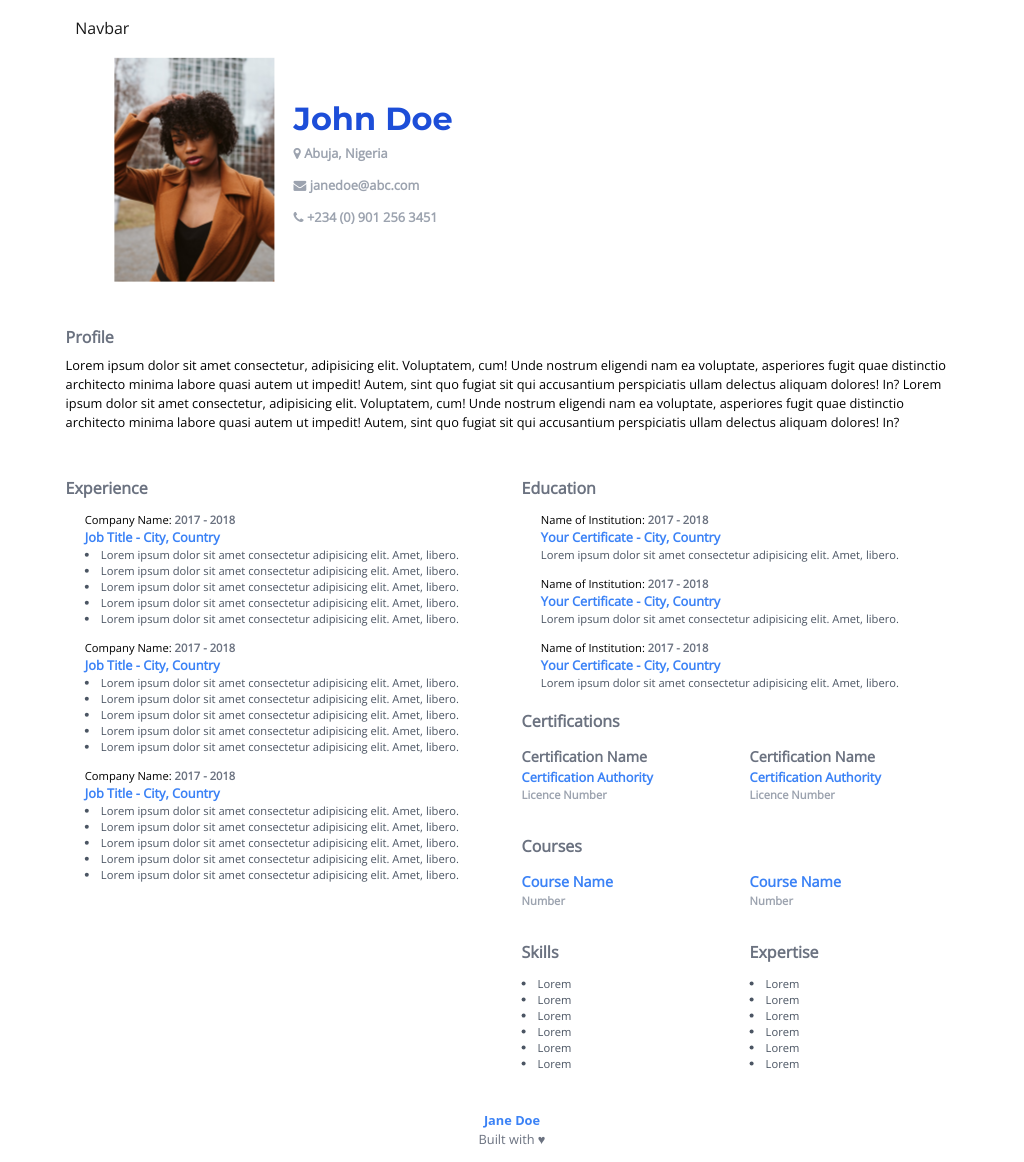
Repository: latenightsnacc/giggles
Page: HTML/CV.html
The author's editor kept a copy of each file at every save. The page is drawn from the files as they stood at one save, then again after the next save.
The browser window is 1280 px wide. The pictures show the whole page, at 80% of full size.
Some web libraries are served in a nearby version.

Above is the page before, as saved 2021-01-05 14:58:56.

### HTML/CV.html
<!DOCTYPE html>
<html lang="en">
<head>
    <meta charset="UTF-8">
    <meta name="viewport" content="width=device-width, initial-scale=1.0">
    <link href="https://cdnjs.cloudflare.com/ajax/libs/tailwindcss/2.0.2/tailwind.min.css" rel="stylesheet">
    <link rel="stylesheet" href="https://stackpath.bootstrapcdn.com/font-awesome/4.7.0/css/font-awesome.min.css" />
    <link href="https://cdn.jsdelivr.net/npm/bootstrap@5.0.0-beta1/dist/css/bootstrap.min.css" rel="stylesheet" integrity="sha384-giJF6kkoqNQ00vy+HMDP7azOuL0xtbfIcaT9wjKHr8RbDVddVHyTfAAsrekwKmP1" crossorigin="anonymous">
    <link rel="stylesheet" href="stylesheet.css">
    <title>CV Page</title>
</head>
<body class="overflow-x-hidden">
    <!--Navigation-->
    <header class="container">
        <nav class="navbar navbar-expand-lg navbar-light bg-white py-3">
            <div class="container-fluid">
              <a class="navbar-brand" href="search.html">Navbar</a>
              <button class="navbar-toggler" type="button" data-bs-toggle="collapse" data-bs-target="#navbarNavDropdown" aria-controls="navbarNavDropdown" aria-expanded="false" aria-label="Toggle navigation">
                <span class="navbar-toggler-icon"></span>
              </button>
              <div class="collapse navbar-collapse" id="navbarNavDropdown">

              </div>
            </div>
        </nav>
    </header>
    <main>
        <!--Basic Profile-->
        <div class="container">
            <div class="row flex items-center">
                <div class="col-xs-12 col-sm-12 col-md-3 col-lg-3 col-xl-3">
                    <div>
                        <img class="float-right" src="assets/userDp.jpg" style="width:200px" alt="profile picture">
                    </div>
                </div>
                <div class="col-xs-12 col-sm-12 col-md-9 col-lg-9 col-xl-9">
                    <div>
                        <h1 class="font-bold text-blue-700">John Doe</h1>
                        <p class="font-semibold text-gray-400">
                            <i class="fa fa-map-marker"></i>
                            Abuja, Nigeria
                        </p>
                        <p class="font-semibold text-gray-400">
                            <i class="fa fa-envelope"></i>
                            janedoe@abc.com
                        </p>
                        <p class="font-semibold text-gray-400">
                            <i class="fa fa-phone"></i>
                            +234 (0) 901 256 3451
                        </p>
                    </div>
                </div>
            </div>
        </div>

        <div class="container my-5">
            <div class="text-gray-500 font-semibold text-xl py-2">Profile</div>
            <p class="text-md text-black">Lorem ipsum dolor sit amet consectetur, adipisicing elit. Voluptatem, cum! Unde nostrum eligendi nam ea voluptate, asperiores fugit quae distinctio architecto minima labore quasi autem ut impedit! Autem, sint quo fugiat sit qui accusantium perspiciatis ullam delectus aliquam dolores! In? Lorem ipsum dolor sit amet consectetur, adipisicing elit. Voluptatem, cum! Unde nostrum eligendi nam ea voluptate, asperiores fugit quae distinctio architecto minima labore quasi autem ut impedit! Autem, sint quo fugiat sit qui accusantium perspiciatis ullam delectus aliquam dolores! In?</p>
        </div>

        <div class="container my-5">
            <div class="row">
                <div class="col-xs-12 col-sm-12 col-md-12 col-lg-6 col-xl-6">
                    <div class="text-gray-500 font-semibold text-xl py-2">Experience</div>
                    <div class="container-sm my-2">
                        <div class="text-black text-sm">Company Name: <span class="text-gray-500 font-semibold">2017 - 2018</span></div>
                        <div class="font-bold text-md text-blue-500">Job Title - City, Country</div>
                        <li class="text-sm text-gray-600">Lorem ipsum dolor sit amet consectetur adipisicing elit. Amet, libero.</li>
                        <li class="text-sm text-gray-600">Lorem ipsum dolor sit amet consectetur adipisicing elit. Amet, libero.</li>
                        <li class="text-sm text-gray-600">Lorem ipsum dolor sit amet consectetur adipisicing elit. Amet, libero.</li>
                        <li class="text-sm text-gray-600">Lorem ipsum dolor sit amet consectetur adipisicing elit. Amet, libero.</li>
                        <li class="text-sm text-gray-600">Lorem ipsum dolor sit amet consectetur adipisicing elit. Amet, libero.</li>
                    </div>
                    <div class="container-sm my-3">
                        <div class="text-black text-sm">Company Name: <span class="text-gray-500 font-semibold">2017 - 2018</span></div>
                        <div class="font-bold text-md text-blue-500">Job Title - City, Country</div>
                        <li class="text-sm text-gray-600">Lorem ipsum dolor sit amet consectetur adipisicing elit. Amet, libero.</li>
                        <li class="text-sm text-gray-600">Lorem ipsum dolor sit amet consectetur adipisicing elit. Amet, libero.</li>
                        <li class="text-sm text-gray-600">Lorem ipsum dolor sit amet consectetur adipisicing elit. Amet, libero.</li>
                        <li class="text-sm text-gray-600">Lorem ipsum dolor sit amet consectetur adipisicing elit. Amet, libero.</li>
                        <li class="text-sm text-gray-600">Lorem ipsum dolor sit amet consectetur adipisicing elit. Amet, libero.</li>
                    </div>
                    <div class="container-sm my-3">
                        <div class="text-black text-sm">Company Name: <span class="text-gray-500 font-semibold">2017 - 2018</span></div>
                        <div class="font-bold text-md text-blue-500">Job Title - City, Country</div>
                        <li class="text-sm text-gray-600">Lorem ipsum dolor sit amet consectetur adipisicing elit. Amet, libero.</li>
                        <li class="text-sm text-gray-600">Lorem ipsum dolor sit amet consectetur adipisicing elit. Amet, libero.</li>
                        <li class="text-sm text-gray-600">Lorem ipsum dolor sit amet consectetur adipisicing elit. Amet, libero.</li>
                        <li class="text-sm text-gray-600">Lorem ipsum dolor sit amet consectetur adipisicing elit. Amet, libero.</li>
                        <li class="text-sm text-gray-600">Lorem ipsum dolor sit amet consectetur adipisicing elit. Amet, libero.</li>
                    </div>
                </div>
                <div class="col-xs-12 col-sm-12 col-md-12 col-lg-6 col-xl-6">
                    <div class="text-gray-500 font-semibold text-xl py-2">Education</div>
                    <div class="container-sm my-2">
                        <div class="text-black text-sm">Name of Institution: <span class="text-gray-500 font-semibold"> 2017 - 2018</span></div>
                        <div class="font-bold text-md text-blue-500">Your Certificate - City, Country</div>
                        <p class="text-sm text-gray-600">Lorem ipsum dolor sit amet consectetur adipisicing elit. Amet, libero.</p>
                    </div>
                    <div class="container-sm my-2">
                        <div class="text-black text-sm">Name of Institution: <span class="text-gray-500 font-semibold"> 2017 - 2018</span></div>
                        <div class="font-bold text-md text-blue-500">Your Certificate - City, Country</div>
                        <p class="text-sm text-gray-600">Lorem ipsum dolor sit amet consectetur adipisicing elit. Amet, libero.</p>
                    </div>
                    <div class="container-sm my-2">
                        <div class="text-black text-sm">Name of Institution: <span class="text-gray-500 font-semibold"> 2017 - 2018</span></div>
                        <div class="font-bold text-md text-blue-500">Your Certificate - City, Country</div>
                        <p class="text-sm text-gray-600">Lorem ipsum dolor sit amet consectetur adipisicing elit. Amet, libero.</p>
                    </div>
                    <div class="text-gray-500 font-semibold text-xl py-2 mt-3 mb-2">Certifications</div>
                    <div class="row">
                        <div class="col-xs-6 col-sm-6 col-md-6 col-lg-6 col-xl-6">
                            <div class="text-gray-500 font-semibold text-lg">Certification Name</div>
                            <div class="font-bold text-md text-blue-500">Certification Authority</div>
                            <p class="font-semibold text-sm text-gray-400">Licence Number</p>
                        </div>
                        <div class="col-xs-6 col-sm-6 col-md-6 col-lg-6 col-xl-6">
                            <div class="text-gray-500 font-semibold text-lg">Certification Name</div>
                            <div class="font-bold text-md text-blue-500">Certification Authority</div>
                            <p class="font-semibold text-sm text-gray-400">Licence Number</p>
                        </div>
                    </div>
                    <div class="text-gray-500 font-semibold text-xl py-2 mt-3 mb-2">Courses</div>
                    <div class="row">
                        <div class="col-xs-6 col-sm-6 col-md-6 col-lg-6 col-xl-6">
                            <div class="text-blue-500 font-semibold text-lg">Course Name</div>
                            <p class="font-semibold text-sm text-gray-400">Number</p>
                        </div>
                        <div class="col-xs-6 col-sm-6 col-md-6 col-lg-6 col-xl-6">
                            <div class="text-blue-500 font-semibold text-lg">Course Name</div>
                            <p class="font-semibold text-sm text-gray-400">Number</p>
                        </div>
                    </div>
                    <div class="row">
                        <div class="col-xs-6 col-sm-6 col-md-6 col-lg-6 col-xl-6">
                            <div class="text-gray-500 font-semibold text-xl py-2 mt-3 mb-2">Skills</div>
                            <li class="text-sm text-gray-600">Lorem</li>
                            <li class="text-sm text-gray-600">Lorem</li>
                            <li class="text-sm text-gray-600">Lorem</li>
                            <li class="text-sm text-gray-600">Lorem</li>
                            <li class="text-sm text-gray-600">Lorem</li>
                            <li class="text-sm text-gray-600">Lorem</li>

                        </div>
                        <div class="col-xs-6 col-sm-6 col-md-6 col-lg-6 col-xl-6">
                            <div class="text-gray-500 font-semibold text-xl py-2 mt-3 mb-2">Expertise</div>
                            <li class="text-sm text-gray-600">Lorem</li>
                            <li class="text-sm text-gray-600">Lorem</li>
                            <li class="text-sm text-gray-600">Lorem</li>
                            <li class="text-sm text-gray-600">Lorem</li>
                            <li class="text-sm text-gray-600">Lorem</li>
                            <li class="text-sm text-gray-600">Lorem</li>
                        </div>
                    </div>

                </div>
            </div>
        </div>
    </main>
    <footer class="text-center text-l text-blue-500 font-semibold">
        Jane Doe
        <p class="text-gray-500">Built with &hearts;</p>
    </footer>

    <script src="https://cdn.jsdelivr.net/npm/bootstrap@5.0.0-beta1/dist/js/bootstrap.bundle.min.js" integrity="sha384-ygbV9kiqUc6oa4msXn9868pTtWMgiQaeYH7/t7LECLbyPA2x65Kgf80OJFdroafW" crossorigin="anonymous"></script>

</body>
</html>

### HTML/stylesheet.css
@import url('https://fonts.googleapis.com/css2?family=Montserrat:wght@400;700&family=Open+Sans:wght@300;400&display=swap');

h1, h2, h3, h4, h5, h6 {
    font-family: 'Montserrat', sans-serif;
}
.user-info h1 {
    line-height: 60px;
    font-size: 50px;
    font-weight: 700;
    margin-top: 20px;
}
.user-info h2 {
    line-height: 27px;
    font-size: 18px;
    font-weight: 400;
    margin-top: 15px;
}
.user-info span {
    line-height: 36px;
    font-size: 30px;
    font-weight: 600;
}
.user-info p {
    margin: 5px 0;
}
.user-info button {
    margin-top: 10px;
}
p, div, a, button {
    font-family: 'Open Sans', sans-serif;
    font-weight: 300;
}

.work-experience .row:hover .text {
    border:2px solid  #3b82f6;

}
.work-experience .row:hover .flex .no {
    border:1px solid #3b82f6;

}
.nav-link {
    color: #3b82f6 !important;
}
.nav-item .active{
    font-weight: 600;
}

After the next save:
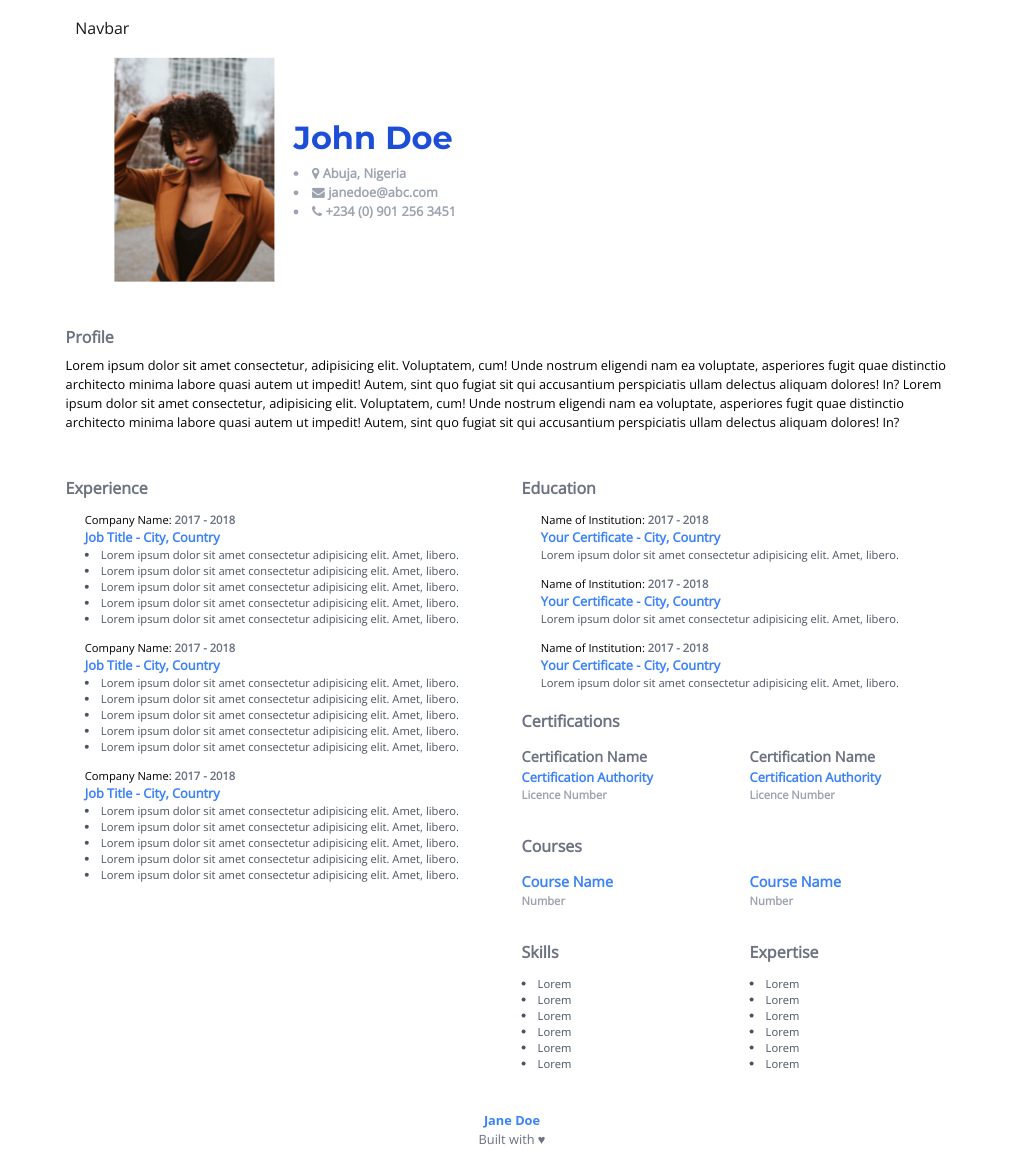
Saved 23 s later.
--- a/HTML/CV.html
+++ b/HTML/CV.html
@@ -36,18 +36,18 @@
                 <div class="col-xs-12 col-sm-12 col-md-9 col-lg-9 col-xl-9">
                     <div>
                         <h1 class="font-bold text-blue-700">John Doe</h1>
-                        <p class="font-semibold text-gray-400">
+                        <li class="font-semibold text-gray-400">
                             <i class="fa fa-map-marker"></i>
                             Abuja, Nigeria
-                        </p>
-                        <p class="font-semibold text-gray-400">
+                        </li>
+                        <li class="font-semibold text-gray-400">
                             <i class="fa fa-envelope"></i>
                             janedoe@abc.com
-                        </p>
-                        <p class="font-semibold text-gray-400">
+                        </li>
+                        <li class="font-semibold text-gray-400">
                             <i class="fa fa-phone"></i>
                             +234 (0) 901 256 3451
-                        </p>
+                        </li>
                     </div>
                 </div>
             </div>
